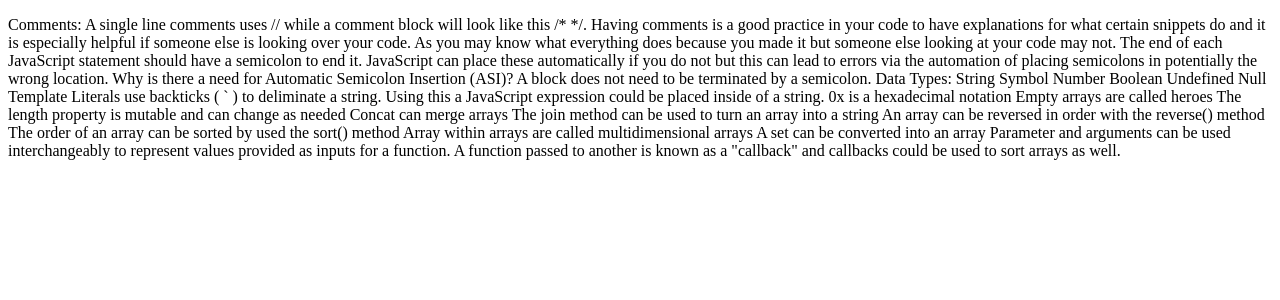
Repository: jknudsen97/WDD-330-Portfolio
Page: week2/notes.html
An editor plug-in stored every save of this project. The page is shown before and after the next save, followed by the edit.
The browser window is 1280 px wide. The pictures show the whole page.

Above is the page before, as saved 2021-10-20 19:38:35.

After the next save:
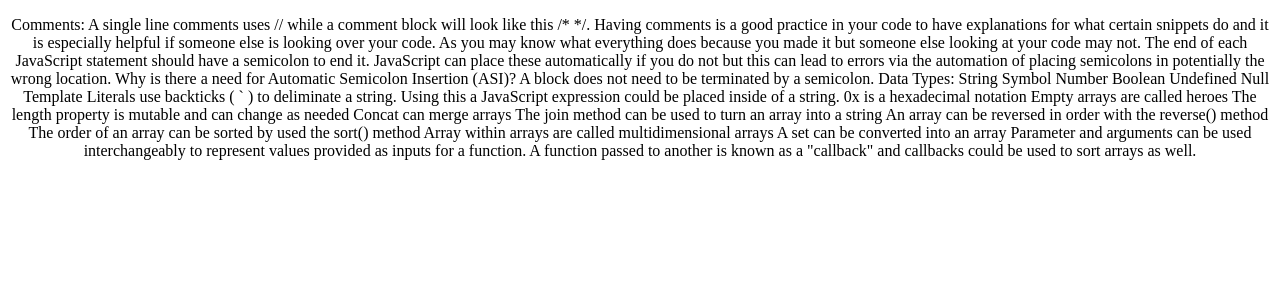
Saved 30 s later.
--- a/week2/notes.html
+++ b/week2/notes.html
@@ -4,6 +4,7 @@
     <meta charset="UTF-8">
     <meta http-equiv="X-UA-Compatible" content="IE=edge">
     <meta name="viewport" content="width=device-width, initial-scale=1.0">
+    <link rel="stylesheet" href="../css/style.css">
     <title>Week 02 Notes</title>
 </head>
 <body>
